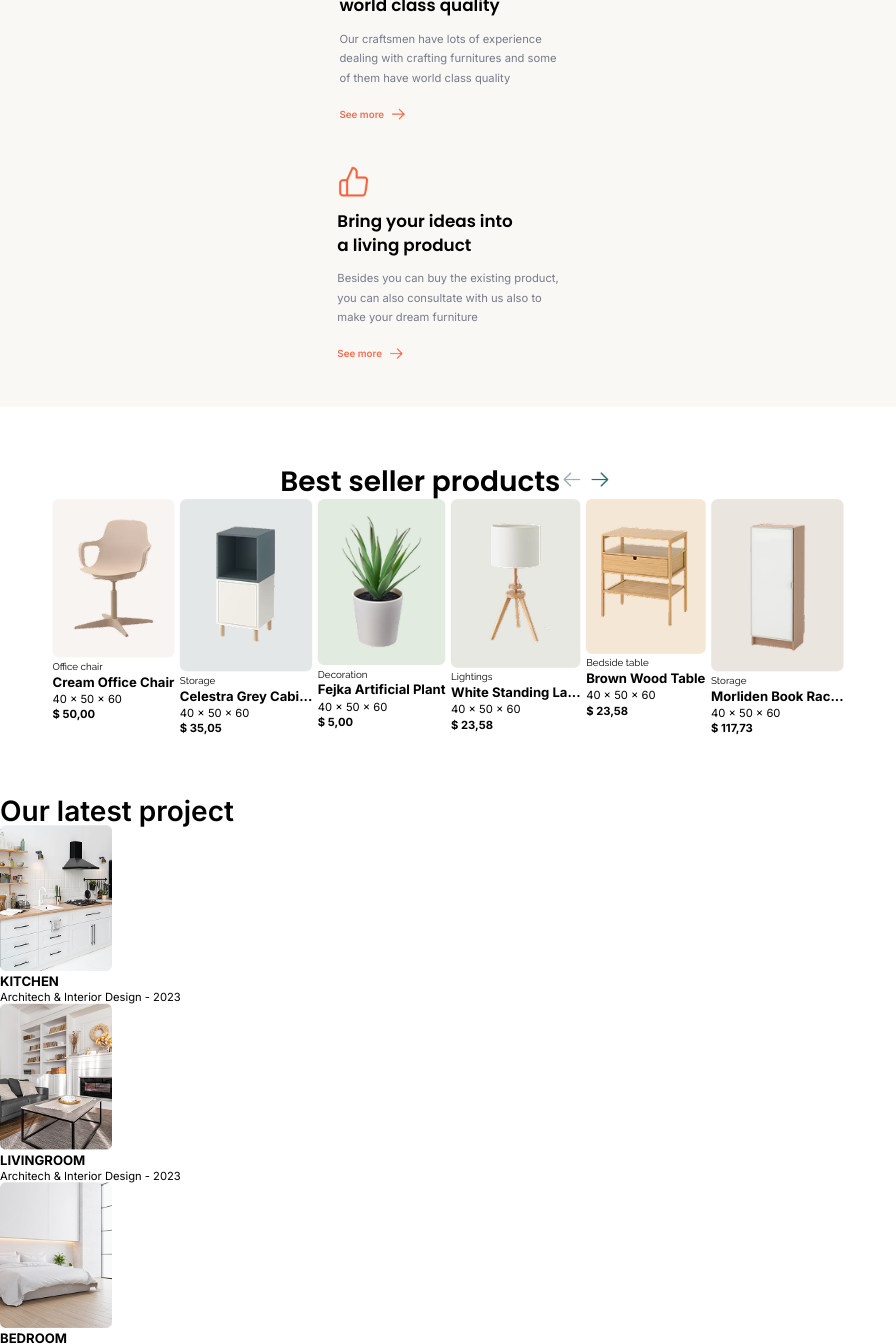
Repository: MatheusEich15/FrontEnd
Page: Prova 1 FrontEnd/Prova 1 FrontEnd/index.html
These files come from the project's save history. The page is drawn as it stood at one moment and after a run of saves; the edit follows.
The browser window is 1280 px wide. The pictures show the part of the page from y = 1210 to 3130 px (the page is 4771 px tall), at 70% of full size.

Above is the page before, as saved 2026-03-12 14:10:17.

### Prova 1 FrontEnd/Prova 1 FrontEnd/index.html
<!DOCTYPE html>

<html lang="en">

<head>
    <meta charset="UTF-8">
    <meta name="viewport" content="width=device-width, initial-scale=1.0">
    <title>Coca</title>
    <link rel="stylesheet" href="style.css">
    <!--  -->
</head>

<body>

    <header>

        <div id="links-header"> <!-- div para links do lado esquerdo -->
            <div id="logo-header"><img src="./assets/images/Logo-images/Logo.png" alt="Logo"></div>
            <nav>
                <ul>
                    <li><a href="#"><span>About</span></a></li>
                    <li><a href="#">Blog</a></li>
                    <li><a href="#">Contact</a></li>
                </ul>
            </nav>
        </div>
        <div id="btn-header"> <!-- div para links do lado direito -->
            <a id="sign-in-btn" href="#">Sign In</a>
            <button><img src="./assets/icons/Menu.png" alt="Menu"></button>
        </div>

    </header>

    <main>

        <section id="introduction"> <!-- Introdução ao site -->
            <div id="introduction-content">
                <h3>Explore any kind of furnitures</h3>
                <h1>Better Furniture <br>
                    Better Living</h1>
                <div id="introduction-btn">
                    <a href="#">Check our projects</a>
                    <div id="right-arrow"><img src="./assets/icons/Short Right Arrow.png" alt="Seta"></div>
                </div>
            </div>
        </section>

        <section id="about"> <!-- Sobre o site -->
            <div class="title">
                <h2>What we provide</h2>
            </div>
            <div id="about-items"> <!-- Informações básicas -->
                <div class="about-item">
                    <img src="./assets/icons/Home.png" alt="Ícone de Home">
                    <h3>10 years of experience <br>
                        in furniture business</h3>
                    <p>We’re already established since 2012, and <br>
                        in 10 years we have lots of positive <br>
                        reviews and achievements</p>
                    <div id="see-more-btn">
                        <a href="#">See more</a>
                        <img src="./assets/icons/Normal Right Arrow.png" alt="Seta">
                    </div>
                </div>
                <div class="about-item">
                    <img src="./assets/icons/Credit Card.png" alt="Ícone de Cartão de Crédito">
                    <h3>Afforable price with <br>
                        world class quality</h3>
                    <p>Our craftsmen have lots of experience <br>
                        dealing with crafting furnitures and some <br>
                        of them have world class quality</p>
                    <div id="see-more-btn">
                        <a href="#">See more</a>
                        <img src="./assets/icons/Normal Right Arrow.png" alt="Seta">
                    </div>
                </div>
                <div class="about-item">
                    <img src="./assets/icons/Thumbs Up.png" alt="Ícone de Polegares Para Cima">
                    <h3>Bring your ideas into <br>
                        a living product</h3>
                    <p>Besides you can buy the existing product, <br>
                        you can also consultate with us also to <br>
                        make your dream furniture</p>
                    <div id="see-more-btn">
                        <a href="#">See more</a>
                        <img src="./assets/icons/Normal Right Arrow.png" alt="Seta">
                    </div>
                </div>
            </div>
        </section>

        <section id="products"> <!-- Produtos disponíveis -->
            <div class="title-arrows">
                <h2>Best seller products</h2>
                <div class="title-btn">
                    <img src="./assets/icons/Normal Left Arrow Sells.png" alt="Seta">
                    <img src="./assets/icons/Normal Right Arrow Sells.png" alt="Seta">
                </div>
            </div>
            <div id="products-items">
                <div class="product-item">
                    <img src="./assets/images/Products-images/Cream Office Chair.png" alt="Cadeira de Escritório Cor Creme">
                    <p><span>Office chair</span></p>
                    <h3>Cream Office Chair</h3>
                    <p>40 x 50 x 60</p>
                    <h4>$ 50,00</h4>
                </div>
                <div class="product-item">
                    <img src="./assets/images/Products-images/Celestra Grey Cabi.png" alt="Armário Pequeno Cor Cinza e Branco">
                    <p><span>Storage</span></p>
                    <h3>Celestra Grey Cabi...</h3>
                    <p>40 x 50 x 60</p>
                    <h4>$ 35,05</h4>
                </div>
                <div class="product-item">
                    <img src="./assets/images/Products-images/Fejka Artificial Plant.png" alt="Planta Artificial em Vaso Cor Cinza">
                    <p><span>Decoration</span></p>
                    <h3>Fejka Artificial Plant</h3>
                    <p>40 x 50 x 60</p>
                    <h4>$ 5,00</h4>
                </div>
                <div class="product-item">
                    <img src="./assets/images/Products-images/White Standing La.png" alt="Luminária Cor Branca">
                    <p><span>Lightings</span></p>
                    <h3>White Standing La...</h3>
                    <p>40 x 50 x 60</p>
                    <h4>$ 23,58</h4>
                </div>
                <div class="product-item">
                    <img src="./assets/images/Products-images/Brown Wood Table.png" alt="Mesa de Madeira Cor Marrom">
                    <p><span>Bedside table</span></p>
                    <h3>Brown Wood Table</h3>
                    <p>40 x 50 x 60</p>
                    <h4>$ 23,58</h4>
                </div>
                <div class="product-item">
                    <img src="./assets/images/Products-images/Morliden Book Rac.png" alt="Armário Médio Moderno Cor Branca">
                    <p><span>Storage</span></p>
                    <h3>Morliden Book Rac...</h3>
                    <p>40 x 50 x 60</p>
                    <h4>$ 117,73</h4>
                </div>
            </div>
        </section>

        <section id="projects"> <!-- Demonstrações de projetos -->
            <div class="title">
                <h2><span>Our latest project</span></h2>
            </div>
            <div id="projects-items">
                <div class="project-item">
                    <img src="./assets/images/Projects-images/Kitchen.png" alt="Demonstração de Cozinha">
                    <h3>KITCHEN</h3>
                    <p>Architech & Interior Design - 2023</p>
                </div>
                <div class="project-item">
                    <img src="./assets/images/Projects-images/Livingroom.png" alt="Demonstração de Sala de Estar">
                    <h3>LIVINGROOM</h3>
                    <p>Architech & Interior Design - 2023</p>
                </div>
                <div class="project-item">
                    <img src="./assets/images/Projects-images/Bedroom.png" alt="Demonstração de Quarto">
                    <h3>BEDROOM</h3>
                    <p>Architech & Interior Design - 2023</p>
                </div>
                <div class="project-item">
                    <img src="./assets/images/Projects-images/Bathroom.png" alt="Demonstração de Banheiro">
                    <h3>BATHROOM</h3>
                    <p>Architech & Interior Design - 2023</p>
                </div>
            </div>
            <div id="project-btn"> <!-- Seta do Desktop para ver mais projetos -->
                <img src="./assets/icons/Normal Right Arrow Projects.png" alt="Seta">
            </div>
        </section>

        <section id="news"> <!-- Novidades -->
            <div id="news-content">
                <h3>Newcomer product</h3>
                <div class="title">
                    <h2>2 seater Sofa</h2>
                </div>
                <p>Lorem ipsum dolor sit amet, consectetur adipiscing elit. Egestas luctus malesuada et volutpat, pellentesque dignissim suscipit. </p>
                <div id="available-colors">
                    <h4>Available Colors</h4>
                    <img src="./assets/images/News-images/Available Colors.png" alt="Cores Disponíveis">
                </div>
                <div id="news-btn">
                    <a href="#">Shop Now</a>
                    <div id="right-arrow"><img src="./assets/icons/Short Right Arrow.png" alt="Seta"></div>
                </div>
            </div>
        </section>

        <section id="testimonials">
            <div class="title">
                <h2>What our clients say</h2>
                <div class="title-btn">
                    <img src="./assets/icons/Normal Left Arrow Sells.png" alt="Seta">
                    <img src="./assets/icons/Normal Right Arrow Sells.png" alt="Seta">
                </div>
            </div>
            <div id="testimonials-card">
                <img src="./assets/images/Testimonials-images/Testimonial Person.png" alt="Foto de pessoa">
                <img src="./assets/icons/Testimonial Person “.png" alt="Ícone de Aspas Duplas">
                <h3>As expected, 10 years
                    experience on furniture
                    business will not disappointing
                    at all</h3>
                <p>As they said, their 10 years of
                    experience in furniture and interior
                    business is real. They work it
                    professionally and friendly at the
                    same time and of course the results
                    is beyond my expectations.</p>
                <h4>Roy Rakabuming</h4>
                <div id="1-decorative">
                    <p>1</p>
                </div>
            </div>
        </section>

    </main>

    <footer>

        <div id="footer-top"> <!-- Parte superior à divisória do footer -->
            <div id="logo-footer"><img src="./assets/images/Logo-images/Logo.png" alt="Logo"></div>
            <div><h4>Better Furniture, Better Living</h4></div>
            <div id="footer-contact">
                <div id="address">
                    <div id="address-title">
                        <img src="./assets/icons/Pin.png" alt="Marcador">
                        <h4>Address</h4>
                    </div>
                    <p>7319 Wagon Lane Bradenton, FL 34203</p>
                </div>
                <div id="contact-us">
                    <div id="contact-us-title">
                        <img src="./assets/icons/Envelope.png" alt="Envelope">
                        <h4>Contact Us</h4>
                    </div>
                    <p>hellosansbrothers@gmail.com</p>
                </div>
            </div>
            <div id="footer-links"> <!-- Links do footer -->
                <nav id="footer-website">
                    <h2>Website</h2>
                    <ul>
                        <li><a href="#">Home</a></li>
                        <li><a href="#">About Us</a></li>
                        <li><a href="#">Services</a></li>
                        <li><a href="#">Contact Us</a></li>
                    </ul>
                </nav>
                <nav id="footer-products">
                    <h2>Products</h2>
                    <ul>
                        <li><a href="#">Tables</a></li>
                        <li><a href="#">Chairs</a></li>
                        <li><a href="#">Storages</a></li>
                        <li><a href="#">Decorations</a></li>
                    </ul>
                </nav>
            </div>
        </div>
        <div id="footer-bottom"> <!-- Parte inferior à divisória do footer -->
            <div id="copyrights">
                <p>© Sans Brothers</p>
            </div>
            <div id="footer-policy">
                <p>Privacy and Terms</p>
                <p>Legal Notice</p>
                <p>Languanges</p>
            </div>
            <div id="footer-media">
                <img src="./assets/icons/Facebook Logo.png" alt="Logo do Facebook">
                <img src="./assets/icons/Instagram Logo.png" alt="Logo do Intagram">
                <img src="./assets/icons/Twitter Logo.png" alt="Logo do Twitter">
                <img src="./assets/icons/Linkedin Logo.png" alt="Logo do Linkedin">
            </div>
        </div>

    </footer>

</body>

</html>

### Prova 1 FrontEnd/Prova 1 FrontEnd/style.css
@import url('https://fonts.googleapis.com/css2?family=Inter:ital,opsz,wght@0,14..32,100..900;1,14..32,100..900&family=Poppins:ital,wght@0,100;0,200;0,300;0,400;0,500;0,600;0,700;0,800;0,900;1,100;1,200;1,300;1,400;1,500;1,600;1,700;1,800;1,900&family=Raleway:ital,wght@0,100..900;1,100..900&display=swap');

:root {
    --p-font: Inter; /* Fonte de parágrafos */
    --h-font: Poppins; /* Fonte de Títulos */
    --i-font: Raleway; /* Fonte de informações */
    --white: #FFFFFF;
    --off-white: #FAF8F4;
    --blue: #0F3141;
    --black: #000000;
    --orange: #F16F4F;
    --lite-orange: #EF7D60;
    --grey: #757B8A;
}

* {
    margin: 0;
    padding: 0;
    font-family: var(--p-font);
}

li {
    list-style: none;
}

a {
    text-decoration: none;
    color: var(--black);
}

button {
    background-color: transparent;
    border: none;
}

header {
    margin: 0.75rem 1.25rem 0rem 1.25rem;
    display: flex;
    justify-content: space-between;
    align-items: center;
}

#links-header nav {
    display: none;
}

#btn-header a {
    display: none;
}

#introduction {
    background: linear-gradient(to bottom, var(--white) 0%, var(--white) 20%, transparent 100%), url(./assets/images/Instroduction-images/Introduction\ Background\ Image.png);
    background-position: bottom;
    background-repeat: no-repeat;
    background-size: auto 375px;
}

#introduction-content {
    margin-top: 4.813rem;
    color: var(--black);
    display: flex;
    flex-direction: column;
    align-items: center;
}

#introduction-content h3 {
    font-weight: 500;
    font-size: 0.875rem;
    line-height: 1.875rem;
    letter-spacing: 1%;
    text-transform: uppercase;
    text-align: center;
    color: var(--blue);
}

#introduction-content h1 {
    margin-top: 0.5rem;
    font-family: var(--h-font);
    font-weight: 600;
    font-size: 2.75rem;
    line-height: 3.25rem;
    letter-spacing: -3%;
    text-align: center;
}

#introduction-btn {
    width: 15.125rem;
    height: 3.5rem;
    margin-top: 1.5rem;
    background-color: var(--orange);
    display: flex;
    justify-content: center;
    align-items: center;
    gap: 1rem;
    border-radius: 0.25rem;
    margin-bottom: 12.875rem;
}

#right-arrow {
    width: 2rem;
    height: 2rem;
    border-radius: 100%;
    background-color: var(--lite-orange);
    display: flex;
    justify-content: center;
    align-items: center;
}

#introduction-btn a {
    color: var(--white);
    font-weight: 600;
    font-size: 1.125rem;
    line-height: 100%;
    letter-spacing: -1%;
}

#about {
    display: flex;
    flex-direction: column;
    align-items: center;
    background-color: var(--off-white);
}

.title h2 {
    font-family: var(--h-font);
    margin-top: 5.563rem;
    font-weight: 600;
    font-size: 2.5rem;
    line-height: 100%;
    letter-spacing: -3%;
}

#about-items {
    margin-top: 3.313rem;
    display: flex;
    flex-direction: column;
    align-items: center;
    gap: 3.75rem;
    margin-bottom: 3.938rem;
}

.about-item h3 {
    margin-top: 0.75rem;
    font-family: var(--h-font);
    font-weight: 600;
    font-size: 1.5rem;
    line-height: 2.125rem;
    letter-spacing: -2%;
}

.about-item p {
    margin-top: 1rem;
    color: var(--grey);
    font-weight: 400;
    font-size: 1rem;
    line-height: 1.75rem;
    letter-spacing: 1%;
}

#see-more-btn {
    margin-top: 1.5rem;
    display: flex;
    align-items: center;
    gap: 0.5rem;
}

#see-more-btn a {
    color: var(--orange);
    font-weight: 600;
    font-size: 0.875rem;
    line-height: 1.688rem;
    letter-spacing: 1%;
}

#products {
    display: flex;
    flex-direction: column;
    align-items: center;
}

.title-arrows {
    margin: 5rem 1.938rem 0rem 1.5rem;
    display: flex;
}

.title-arrows h2 {
    font-family: var(--h-font);
    font-weight: 600;
    font-size: 2.5rem;
    line-height: 3.25rem;
    letter-spacing: -3%;
}

.title-btn {
    display: flex;
    align-items: end;
    gap: 0.5rem;
    margin-bottom: 0.75rem;
}

.title-btn img {
    max-width: 2rem;
    max-height: 2rem;
}

#products-items {
    display: flex;
    flex-wrap: wrap;
    justify-content: center;
    gap: 0.5rem;
}

.product-item {
    display: flex;
    flex-direction: column;
    gap: 0.125rem;
}

.product-item p span {
    font-family: var(--i-font);
    font-weight: 400;
    font-size: 0.875rem;
    line-height: 100%;
    letter-spacing: 1%;
}

After the next 3 saves:
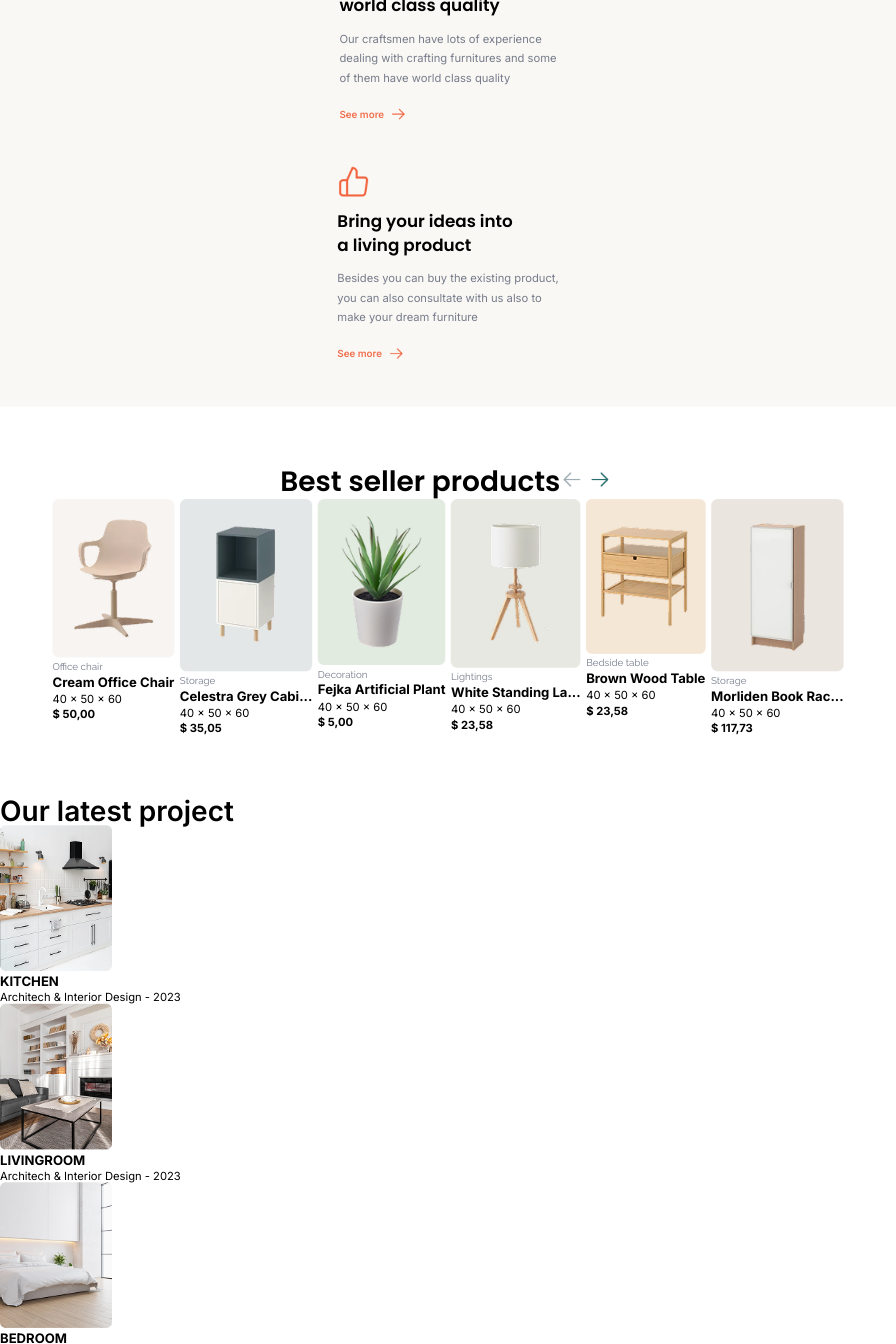
The 3 saves are shown as one change because they came seconds apart.
The last was saved 14 s later.
--- a/Prova 1 FrontEnd/Prova 1 FrontEnd/style.css
+++ b/Prova 1 FrontEnd/Prova 1 FrontEnd/style.css
@@ -218,6 +218,7 @@ header {
 
 .product-item p span {
     font-family: var(--i-font);
+    color: var(--grey);
     font-weight: 400;
     font-size: 0.875rem;
     line-height: 100%;
